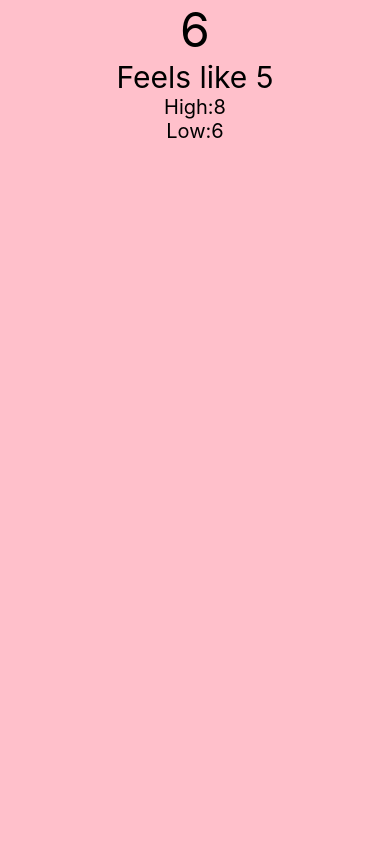
Repository: RossDee/WeatherApp
Screen: /
An editor plug-in stored every save of this project. The screen is shown before and after a run of saves, followed by the edit.
The app was drawn by React Native's web renderer in a window 390 px wide. The project was rebuilt for these pictures with package versions that can differ from the ones it lists, and the page was loaded fresh each time.

Above is the screen before, as saved 2023-10-14 21:01:07.

### App.js
import React from 'react';
import { SafeAreaView, StyleSheet, Text, View } from 'react-native';

const App = () => {
  return (
    <SafeAreaView style = {style.wrapper}>
    <View style = {style.container}>
      <Text style={style.temp} >6</Text>
      <Text style = {style.feels}>Feels like 5</Text>
      <Text style = {style.highLow}>High:8</Text>
      <Text style = {style.highLow}>Low:6</Text>

    </View>
    </SafeAreaView>
  )
}
const style  =StyleSheet.create({
  wrapper:{
    flex:1,
    backgroundColor:'yellow',
  },
  container:{
    backgroundColor:'pink',
    flex:1,
    alignItems:'center',
  },
  temp:{
    color:'black',
    fontSize:48,
 },
 feels:{
   color:'black',
   fontSize:30,
 },
  highLow:{
    color:'black',
    fontSize:20,
  }
})
export default App

After the next 2 saves:
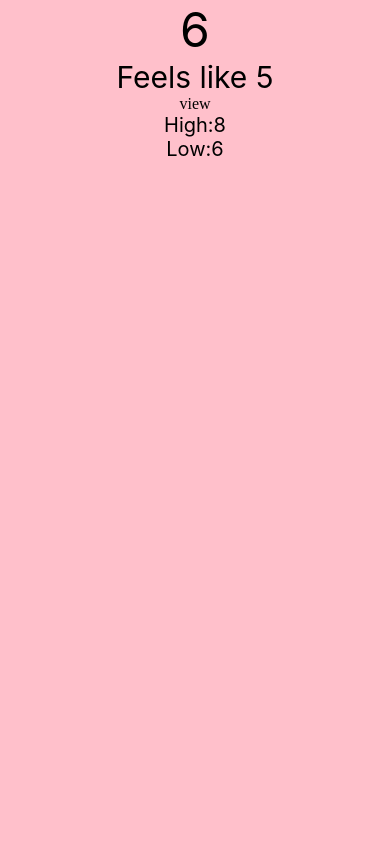
The 2 saves are shown as one change because they came seconds apart.
The last was saved 18 s later.
--- a/App.js
+++ b/App.js
@@ -7,6 +7,7 @@ const App = () => {
     <View style = {style.container}>
       <Text style={style.temp} >6</Text>
       <Text style = {style.feels}>Feels like 5</Text>
+      <>view</>
       <Text style = {style.highLow}>High:8</Text>
       <Text style = {style.highLow}>Low:6</Text>
 
